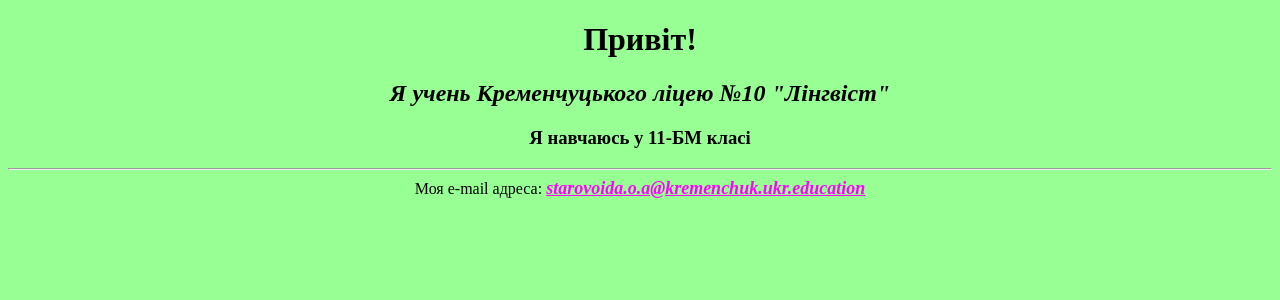
Repository: alexandrastarovoyda-star/homework_info
Page: pr3/html/pr3.html
The author's editor kept a copy of each file at every save. The page is drawn from the files as they stood at one save, then again after the next save.
The browser window is 1280 px wide. The pictures show the whole page.

Above is the page before, as saved 2026-01-28 11:42:56.

### pr3/html/pr3.html
<!DOCTYPE html>
<html lang="ua">
    <head>
        <title>Веб-сторінка Старовойда Олександра</title>
        <meta charset="utf-8">
        <link rel="stylesheet" href="../css/main.css">
    </head>
    <body>
        <h1 class="bl">Привіт!</h1>
        <h2 class="itl">Я учень Кременчуцького ліцею №10 "Лінгвіст"</h2>
        <h3 class="bl">Я навчаюсь у 11-БМ класі</h3>
        <hr>
        Моя e-mail адреса: <a class="mail" href="mailto:starovoida.o.a@kremenchuk.ukr.education?subject=Рекламна_пропозиція">starovoida.o.a@kremenchuk.ukr.education</a>
    </body>
</html>

### pr3/css/main.css
body{
    background-color: rgba(131, 255, 127, 0.829);
    text-align: center;
}

.bl{
    font-weight: bold;
}

.itl{
    font-style: italic;
}

.mail{
    color: magenta;
    font-style: italic;
    font-weight: bold;
    font-size: 18px;
}

After the next save:
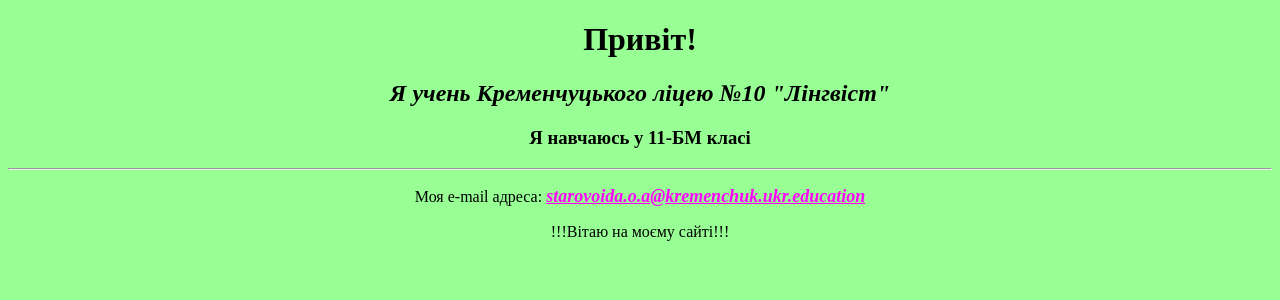
Saved 92 s later.
--- a/pr3/html/pr3.html
+++ b/pr3/html/pr3.html
@@ -10,6 +10,7 @@
         <h2 class="itl">Я учень Кременчуцького ліцею №10 "Лінгвіст"</h2>
         <h3 class="bl">Я навчаюсь у 11-БМ класі</h3>
         <hr>
-        Моя e-mail адреса: <a class="mail" href="mailto:starovoida.o.a@kremenchuk.ukr.education?subject=Рекламна_пропозиція">starovoida.o.a@kremenchuk.ukr.education</a>
+        <p>Моя e-mail адреса: <a class="mail" href="mailto:starovoida.o.a@kremenchuk.ukr.education?subject=Рекламна_пропозиція">starovoida.o.a@kremenchuk.ukr.education</a></p>
+        <div class="marquee"> !!!Вітаю на моєму сайті!!!</div>
     </body>
 </html>
